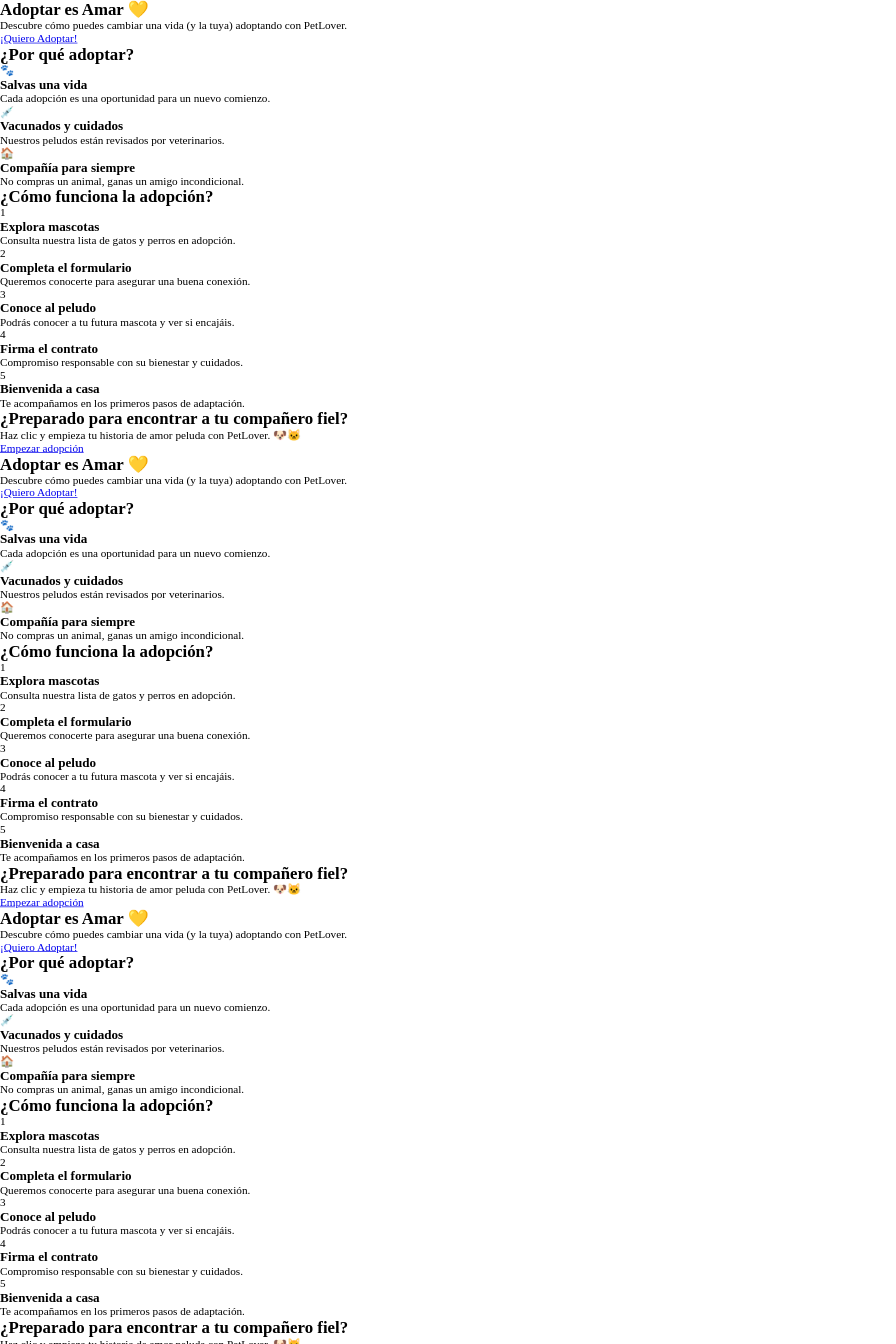
Repository: adriarodrisan/PetLover
Page: Paginas_web/Como_Adoptar.html
The author's editor kept a copy of each file at every save. The page is drawn from the files as they stood at one save, then again after the next save.
The browser window is 1280 px wide. The pictures show the part of the page from y = 0 to 1920 px (the page is 1947 px tall before and 2715 px after), at 70% of full size.

Above is the page before, as saved 2025-05-07 14:08:13.

After the next save:
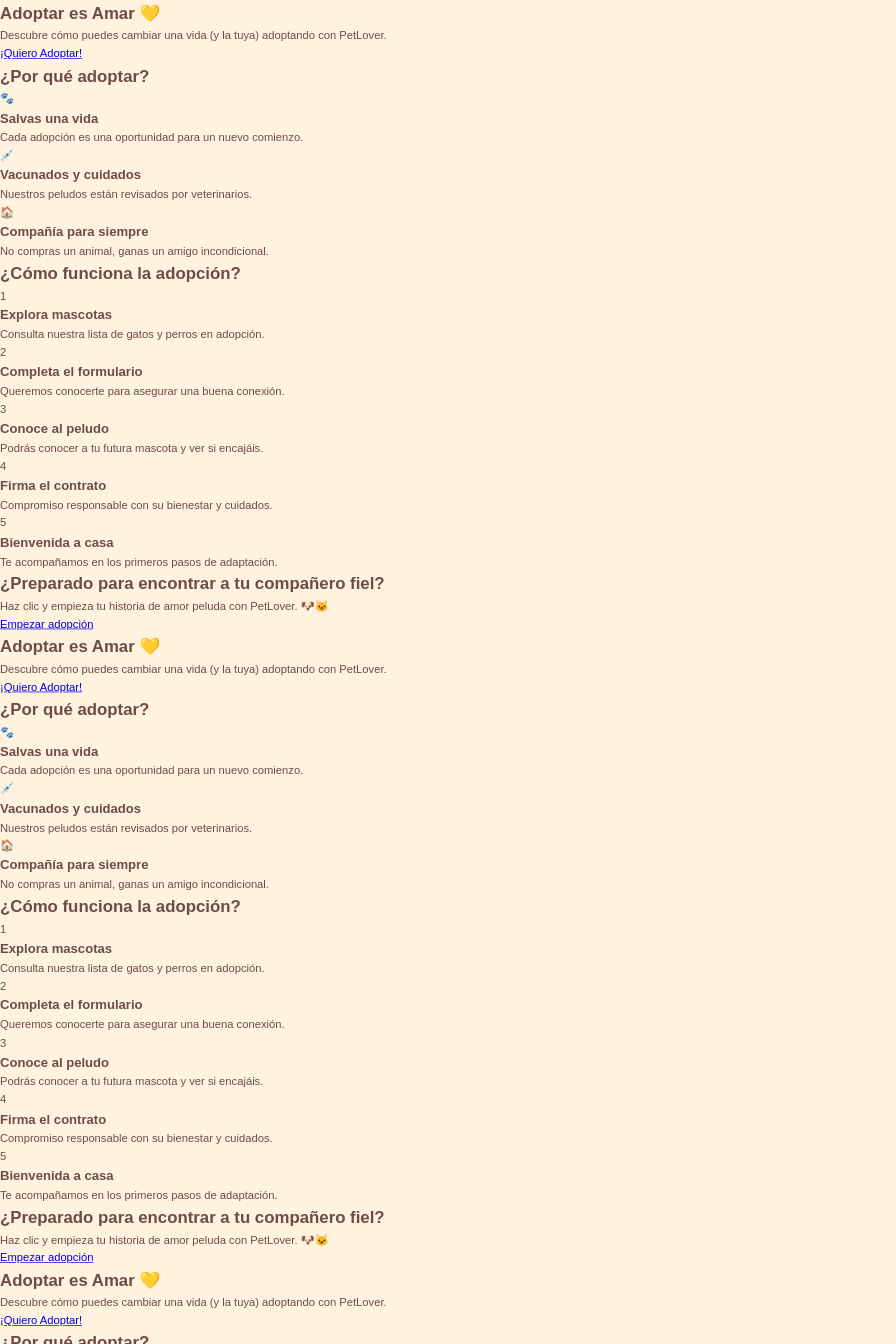
Saved 22 s later.
--- a/Paginas_web/Css_Paginas/Como_Adoptar.css
+++ b/Paginas_web/Css_Paginas/Como_Adoptar.css
@@ -3,3 +3,9 @@
     padding: 0;
     box-sizing: border-box;
   }
+  body {
+    font-family: 'Arial', sans-serif;
+    background-color: #fff3e0;
+    color: #6d4c41;
+    line-height: 1.6;
+  }
